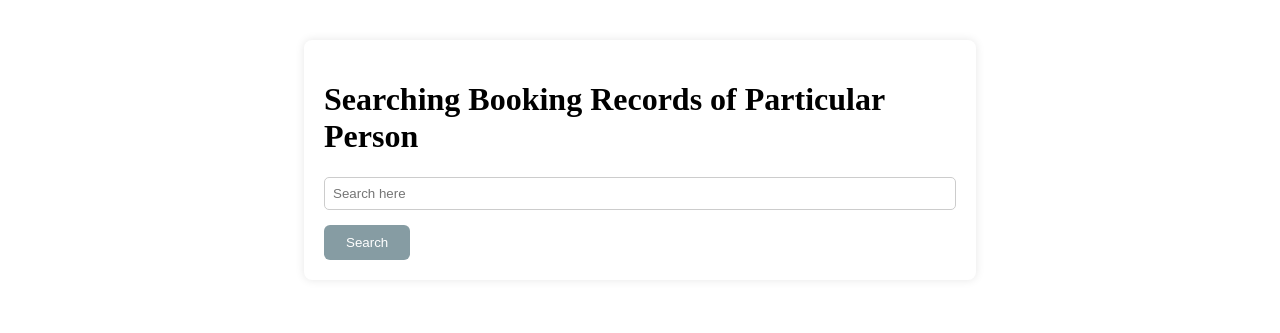
Repository: Arisha004/Hospital-Appointment-Management-System
Page: http://localhost/searching.php
These files come from the project's save history. The page is drawn as it stood at one moment and after a run of saves; the edit follows.
The browser window is 1280 px wide. The pictures show the whole page.
The page is run by PHP 8.4 with error messages shown; the project is at /var/www/html/.

Above is the page before, as saved 2025-10-25 01:02:27.

### searching.php

<?php
include 'db.php';
  if(isset($_GET['search'])){
    $filteredvalues=$_GET['search'];
    $sql = "SELECT * FROM appointments
        WHERE CONCAT(full_name, ' ', email) LIKE '%$filteredvalues%'";
    $result=$conn->query($sql);

    }


?>
<html>
    <head>
        <link rel="stylesheet" href="style2.css">
        <style>
 table{
    width: 100%;
    border-collapse: collapse;
    justify-content: center;
    margin-top: 20px;

  }
  th, td {
    padding: 12px;
    text-align: left;
    border-bottom: 1px solid #ddd;
  }
  tr:hover {background-color: #f1f1f1;}

        </style>
    </head>
    <body>

        <form action="" method="get">
<div class="container1">
    <h1>Searching Booking Records of Particular Person</h1>



    <input type="text" name="search" required value="<?php if(isset($_GET['search'])){
    echo $_GET['search'];
}?>" placeholder="Search here">
    <button type="submit">Search</button>

</div>
</form>


<?php
if (isset($result) && $result->num_rows > 0){

echo "<table border='1' cellpadding='10'>";
  echo   "<tr>
    <th>ID</th>
    <th>Name</th>
    <th>Email</th>


    </tr>";

    while($items = $result->fetch_assoc()) {


        echo "<tr>";

    echo "<td>".$items["id"]."</td>";
    echo "<td>".$items["full_name"]."</td>";
    echo "<td>".$items["email"]."</td>";
       echo "</tr>";

        }

    echo "</table>";
   }
    elseif (isset($_GET['search'])){
        echo "No Record Found";
    }

?>


    </body>
</html>

### db.php
<?php

$servername = "localhost";
$username = "root";
$password = "";
$dbname="midterm";

$conn=new mysqli($servername, $username, $password,$dbname);
if($conn->connect_error){
    die("Connection failed: " . $conn->connect_error);
}


?>

### style2.css

  .container1 { width: 50%; margin: 40px auto; background: #fff; padding: 20px; border-radius: 8px; box-shadow: 0 0 10px rgba(0,0,0,0.1); }
  h2 { text-align: center; color: #007bff; }
  label { font-weight: bold; display: block; margin-bottom: 5px; }
  input, select, textarea {
      width: 100%;
      padding: 8px;
      margin-bottom: 15px;
      border: 1px solid #ccc;
      border-radius: 5px;
  }

  button{

  display: inline-block;
  background-color: #869CA3;
  color: #fff;
  padding: 10px 22px;
  border: none;
  border-radius: 6px;
  cursor: pointer;
  font-weight: 500;

  transition: 0.3s;
   text-align: center;
}

button:hover {
  background-color: #7498a3;
  transform: translateY(-2px);
}

  input[type=submit] {
      background-color: #007bff;
      color: white;
      border: none;
      padding: 10px 15px;
      cursor: pointer;
      border-radius: 5px;
  }
  input[type=submit]:hover {
      background-color: #0056b3;
  }
  select[name="status"] {
    background-color: #f8f9fa;
    color: #495057;
    padding: 8px;
    margin-bottom: 15px;
    border: 1px solid #ced4da;
    border-radius: 5px;
    width: 100%;
}

select[name="status"] option[value="Pending"] { color: #ffc107; }
select[name="status"] option[value="Confirmed"] { color: #28a745; }
select[name="status"] option[value="Cancelled"] { color: #dc3545; }
select[name="status"] option[value="Completed"] { color: #17a2b8; }

After the next 3 saves:
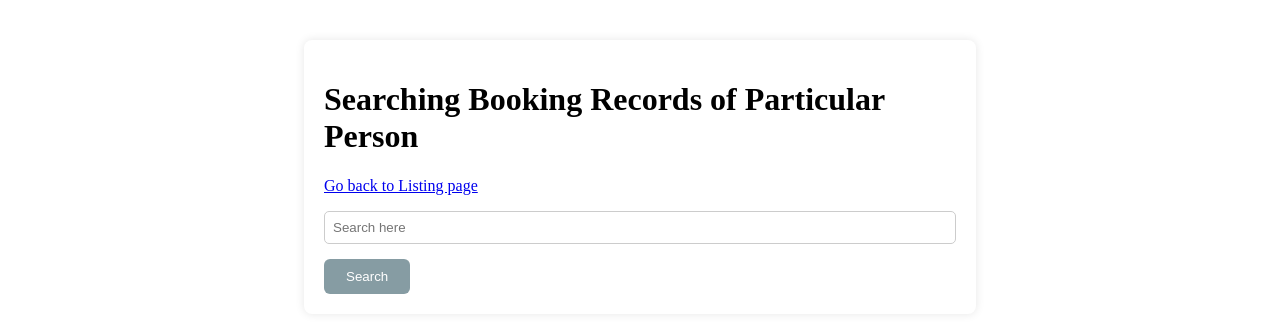
The 3 saves are shown as one change because they came seconds apart.
The last was saved 16 s later.
--- a/searching.php
+++ b/searching.php
@@ -36,6 +36,7 @@ include 'db.php';
         <form action="" method="get">
 <div class="container1">
     <h1>Searching Booking Records of Particular Person</h1>
+      <p><a href="index.php"> Go back to Listing page</a></p>
 
 
 
